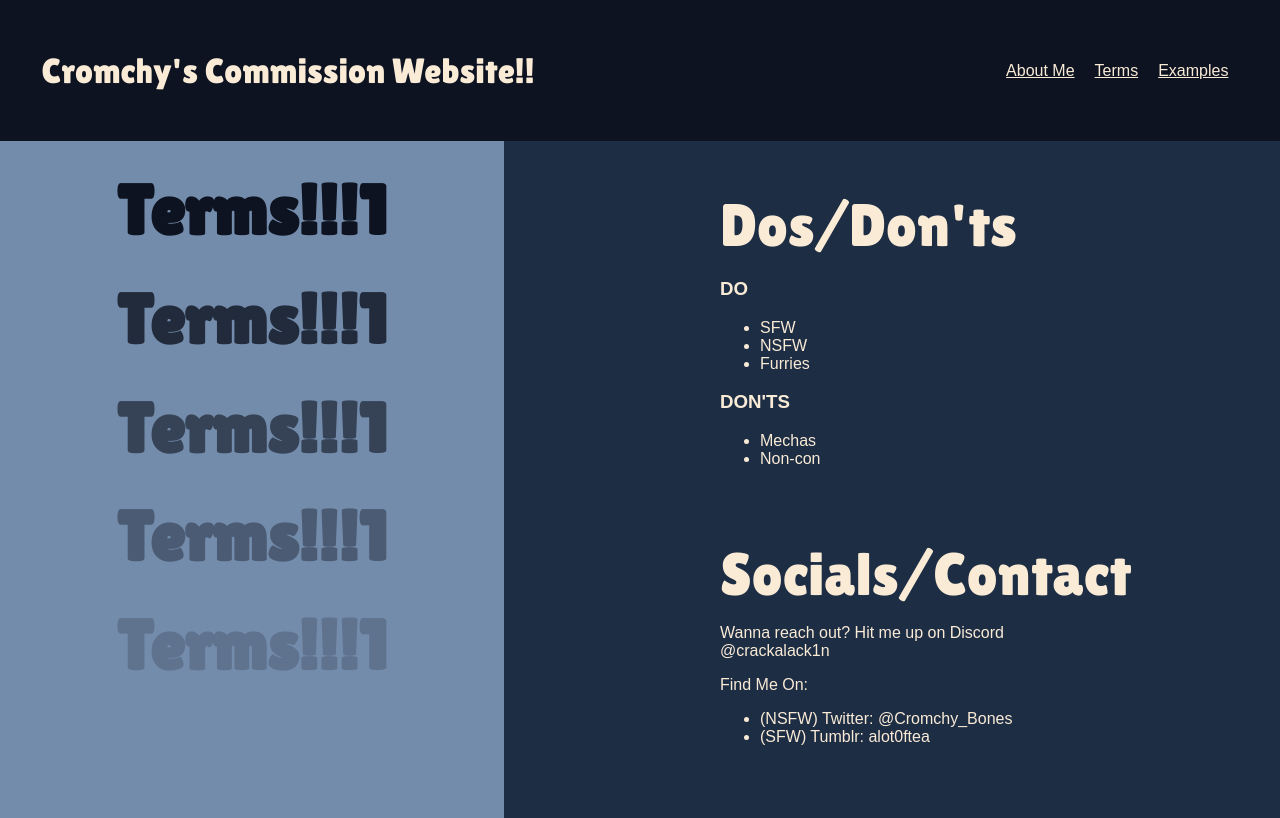
Repository: crackaLack1n/Cromchys_Commission_Site
Page: /Terms
The author's editor kept a copy of each file at every save. The page is drawn from the files as they stood at one save, then again after the next save.
The browser window is 1280 px wide. The pictures show the whole page.
The project was rebuilt for these pictures with package versions that can differ from the ones it lists, and the page was loaded fresh each time. The framework's server and built-in components were replaced by stand-ins that run in the browser. Also part of the build but not shown: next.config.mjs, Components/Footer/footer.module.css, Components/Footer/index.js.

Above is the page before, as saved 2024-06-14 19:17:59.

After the next save:
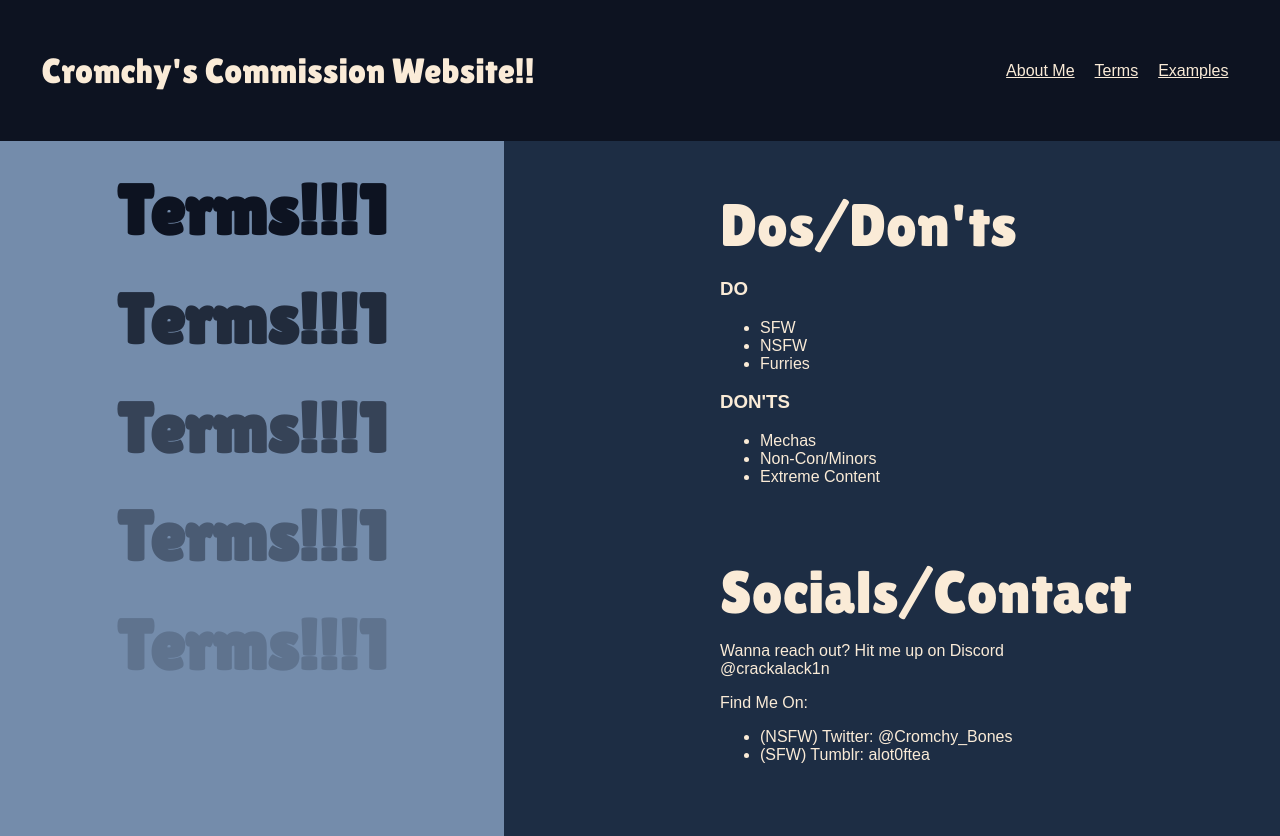
Saved 24 s later.
--- a/pages/Terms.js
+++ b/pages/Terms.js
@@ -37,7 +37,8 @@ export default function Idk() {
                 <h3>DON'TS</h3>
                 <ul>
                 <li>Mechas</li>
-                <li>Non-con</li>
+                <li>Non-Con/Minors</li>
+                <li>Extreme Content</li>
                 </ul>
               </div>
               <div className={styles.section}>
